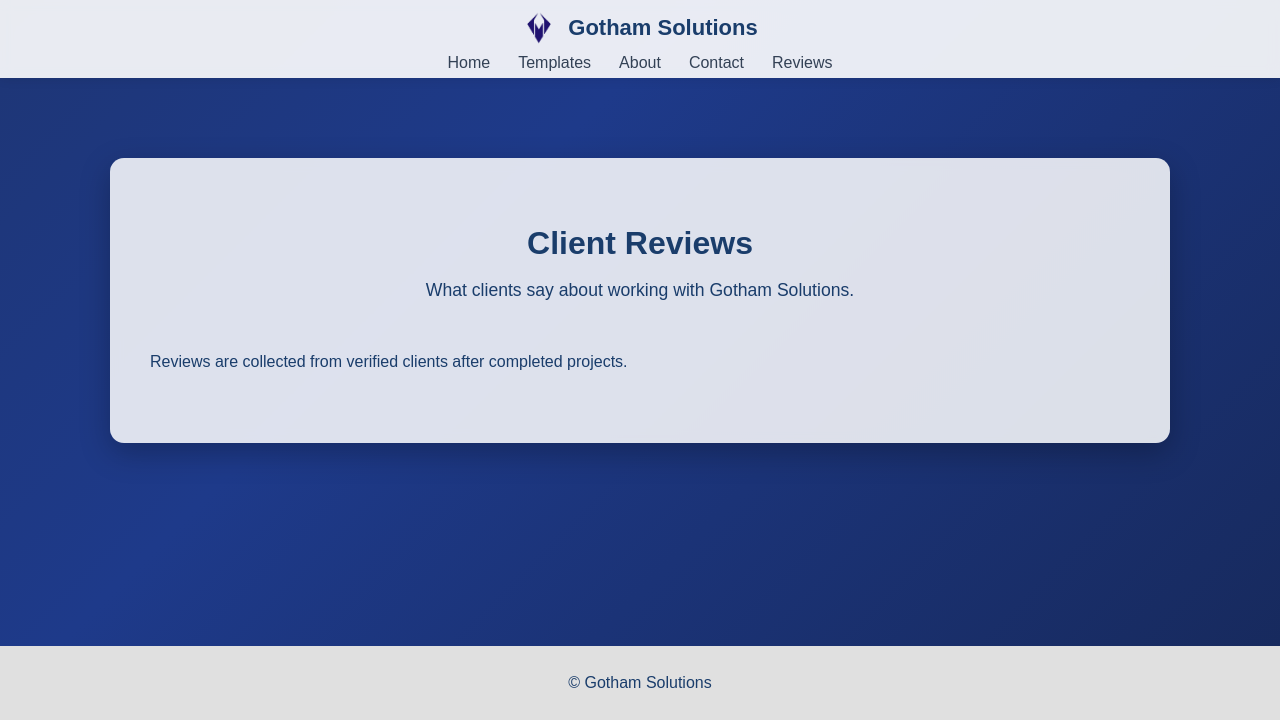
Repository: kmm569/gothamsolutions
Page: reviews/index.html
An editor plug-in stored every save of this project. The page is shown before and after the next save, followed by the edit.
The browser window is 1280 px wide. The pictures show the whole page.
The page's requests for data from a server got no answer.

Above is the page before, as saved 2026-03-13 13:29:11.

After the next save:
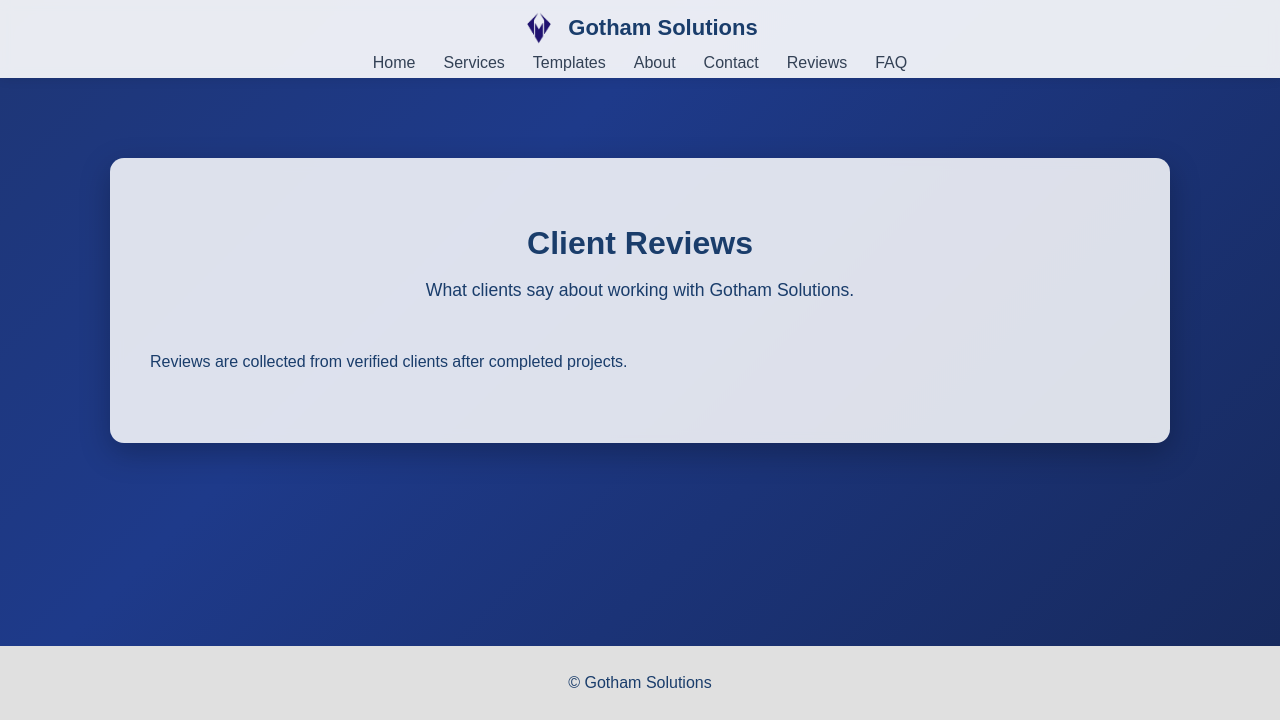
Saved 9 s later.
--- a/reviews/index.html
+++ b/reviews/index.html
@@ -31,7 +31,7 @@
 			<div class="logo-container">
 				<img
 					href="/"
-					src="../LogoSolo.png"
+					src="LogoSolo.png"
 					alt="Gotham Solutions Logo"
 					class="logo"
 				/>
@@ -41,10 +41,12 @@
 			<nav>
 				<ul>
 					<li><a href="/" class="nav-link">Home</a></li>
+					<li><a href="/services/" class="nav-link">Services</a></li>
 					<li><a href="/templates/" class="nav-link">Templates</a></li>
 					<li><a href="/about/" class="nav-link">About</a></li>
 					<li><a href="/contact/" class="nav-link">Contact</a></li>
 					<li><a href="/reviews/" class="nav-link">Reviews</a></li>
+					<li><a href="/faq/" class="nav-link">FAQ</a></li>
 				</ul>
 			</nav>
 		</header>
